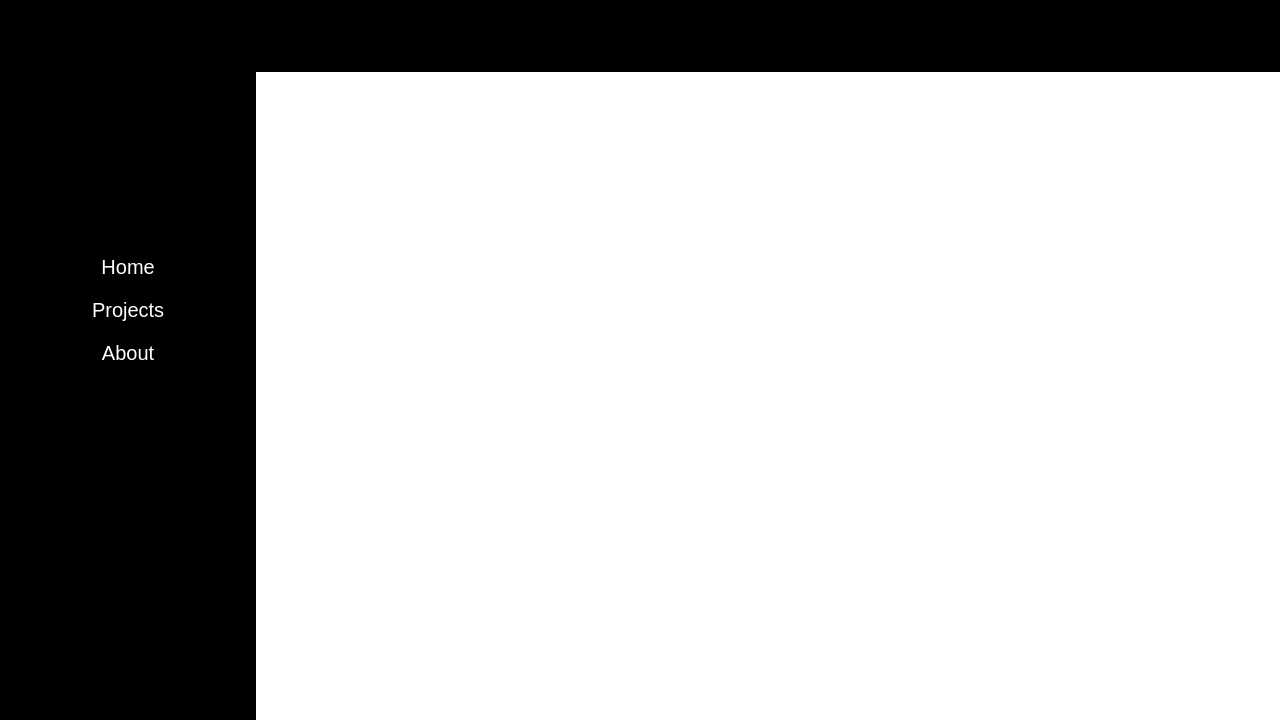
Repository: josephinel6/josephinel6.github.io
Page: index.html
The author's editor kept a copy of each file at every save. The page is drawn from the files as they stood at one save, then again after the next save.
The browser window is 1280 px wide. The pictures show the whole page.

Above is the page before, as saved 2023-04-04 10:34:03.

After the next save:
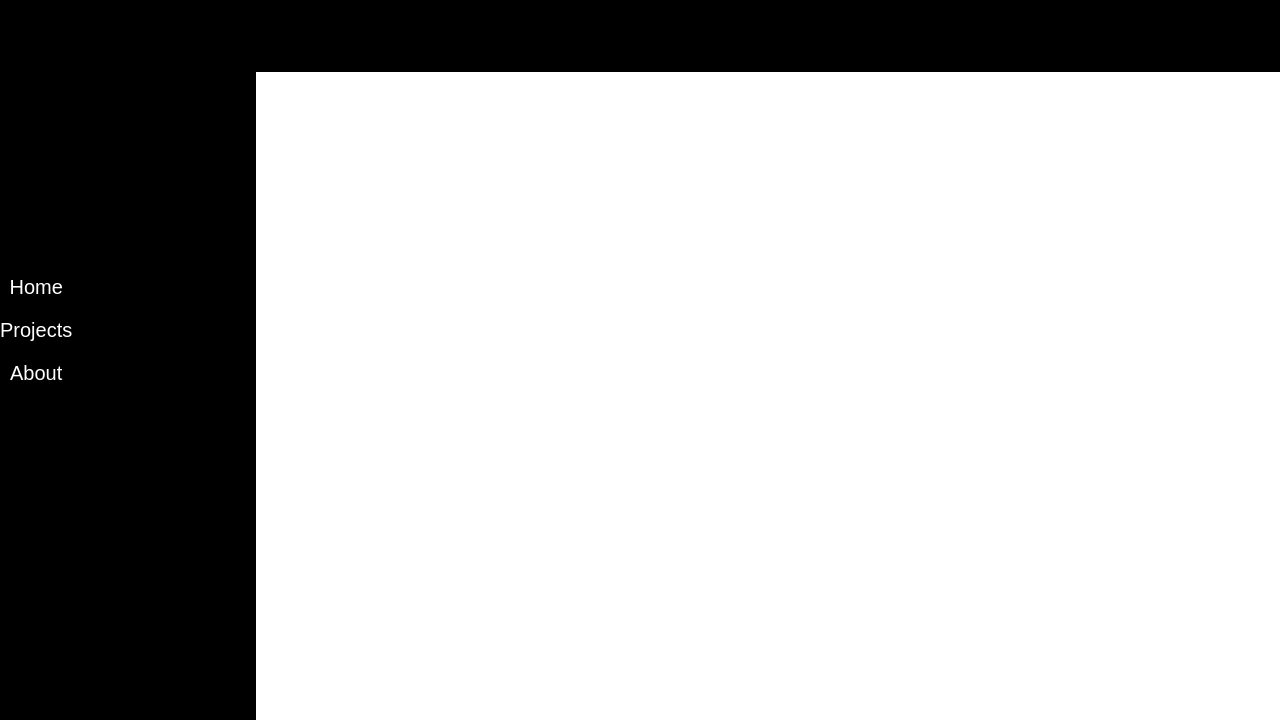
Saved 5 s later.
--- a/index.html
+++ b/index.html
@@ -50,7 +50,7 @@
 
 <body>
     <div id="menu">
-        <div style="margin-top: 100%; position:relative">
+        <div style="margin-top: 100%; position:absolute">
             <CENTER>
                 <p class="menutext"> Home </p>
                 <p class="menutext"> Projects </p>
